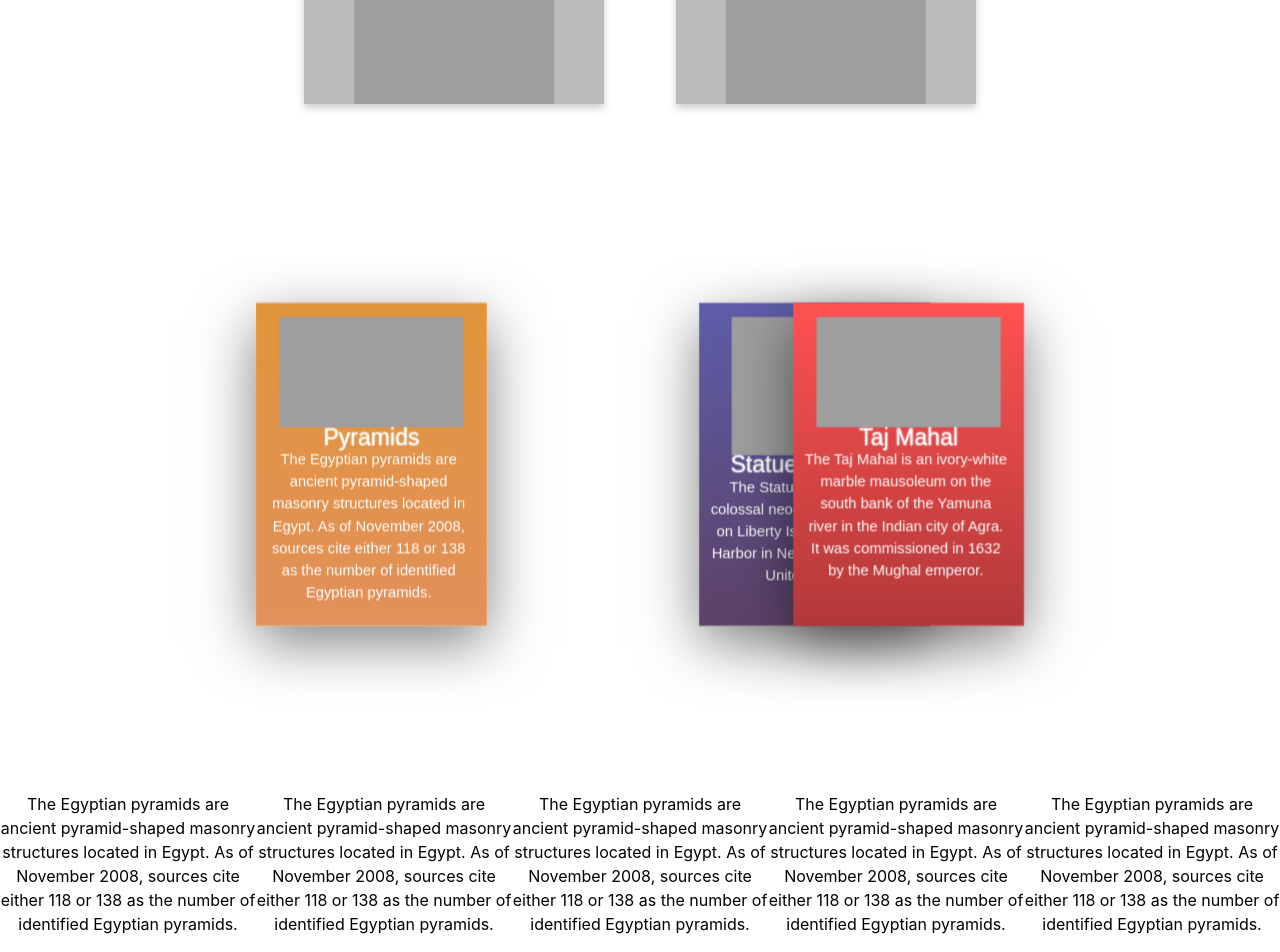
Repository: MorsChen/Final-Client
Page: / (app in client-app/)
These files come from the project's save history. The page is drawn as it stood at one moment and after the next save; the edit follows.
The browser window is 1280 px wide. The pictures show the part of the page from y = 952 to 1904 px (the page is 1904 px tall).
Pictures or frames that could not be fetched are drawn as grey boxes. The project was rebuilt for these pictures with package versions that can differ from the ones it lists, and the page was loaded fresh each time.

Above is the page before, as saved 2019-09-23 17:03:36.

After the next save:
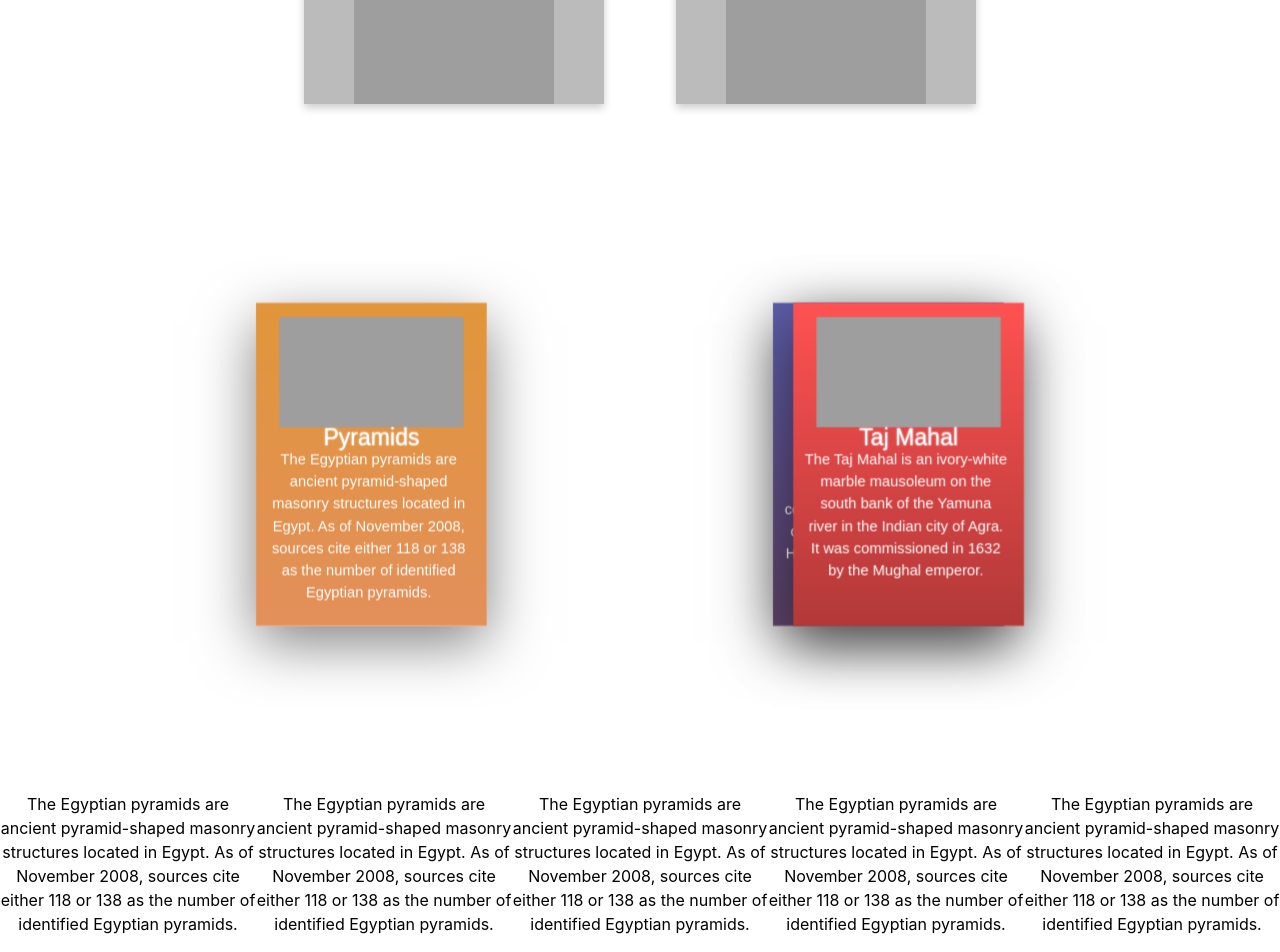
Saved 6 s later.
--- a/client-app/src/App.css
+++ b/client-app/src/App.css
@@ -179,7 +179,7 @@
 .card2 {
   text-align:center;
   position: absolute;
-  left: 40rem;
+  left: 45rem;
   width: 250px;
   height: 350px;
   margin-top: 10px;
